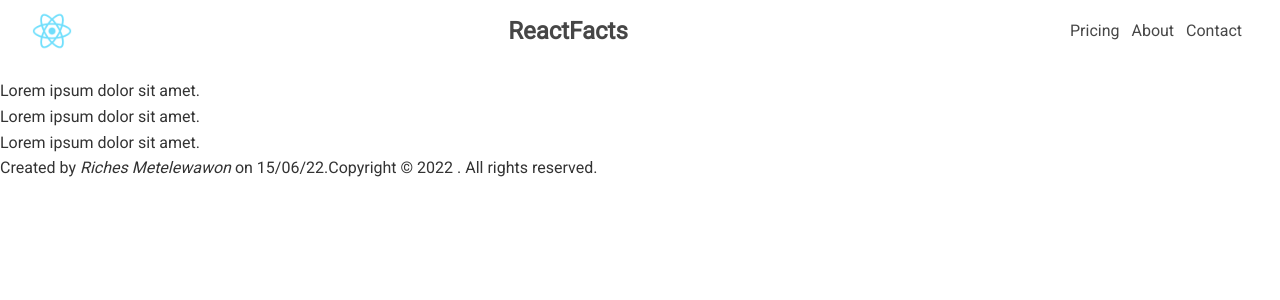
Repository: Richswag009/my-travel-journal
Page: /
The author's editor kept a copy of each file at every save. The page is drawn from the files as they stood at one save, then again after the next save.
The browser window is 1280 px wide. The pictures show the whole page.
The project was rebuilt for these pictures with package versions that can differ from the ones it lists, and the page was loaded fresh each time.

Above is the page before, as saved 2022-06-15 12:53:37.

After the next save:
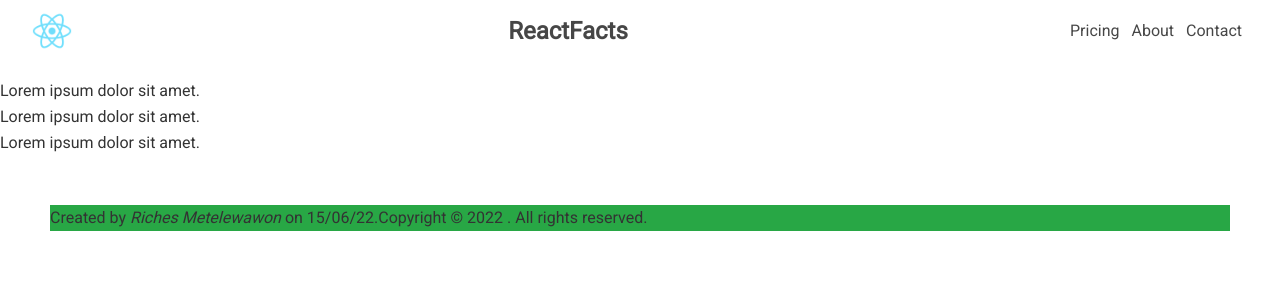
Saved 60 s later.
--- a/src/App.css
+++ b/src/App.css
@@ -177,6 +177,11 @@
   margin: 3rem 0;
 }
 
+
+.footer{
+  background-color: #28a745;
+  margin: 50px;
+}
 /* Grid */
 .grid-2 {
   display: grid;
